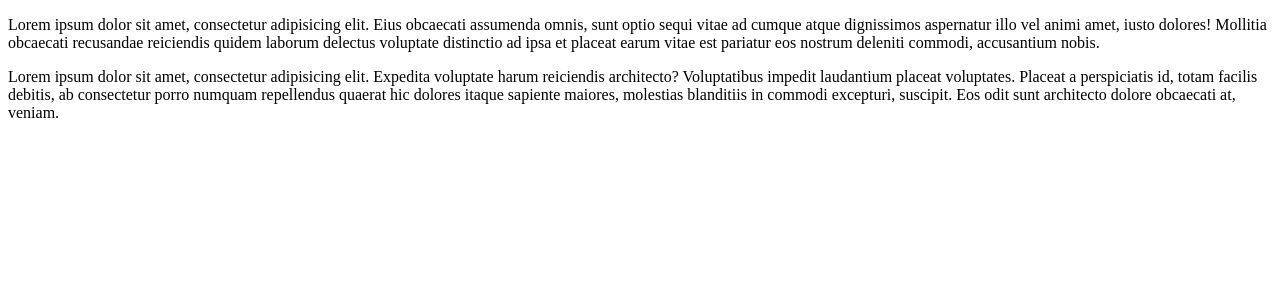
Repository: Matt-F90/mini-project
Page: index.html
The author's editor kept a record of every edit. The page is drawn from the files as they stood at one moment, then again after the next edit.
The browser window is 1280 px wide. The pictures show the whole page.

Above is the page before.

### index.html
<!DOCTYPE html>
<html lang="en">
<head>
    <meta charset="UTF-8">
    <meta name="viewport" content="width=device-width, initial-scale=1.0">
    <meta http-equiv="X-UA-Compatible" content="ie=edge">
    <title>Document</title>
</head>
<body>
    <main class="main">
        <header class="header">
            <div class="log"></div>
        </header>
    </main>
        <section class="section">
          <article class="article column column-60">
              <p class="section-paragraph">
                  Lorem ipsum dolor sit amet, consectetur adipisicing elit. Eius obcaecati assumenda omnis, sunt optio sequi vitae ad cumque atque dignissimos aspernatur illo vel animi amet, iusto dolores! Mollitia obcaecati recusandae reiciendis quidem laborum delectus voluptate distinctio ad ipsa et placeat earum vitae est pariatur eos nostrum deleniti commodi, accusantium nobis.
              </p>
          </article>
          <aside class="aside column colummn-40">
              <p class="section-paragraph">
                  Lorem ipsum dolor sit amet, consectetur adipisicing elit. Expedita voluptate harum reiciendis architecto? Voluptatibus impedit laudantium placeat voluptates. Placeat a perspiciatis id, totam facilis debitis, ab consectetur porro numquam repellendus quaerat hic dolores itaque sapiente maiores, molestias blanditiis in commodi excepturi, suscipit. Eos odit sunt architecto dolore obcaecati at, veniam.
              </p>
          </aside>
        </section>
</body>
</html>

After the next edit:
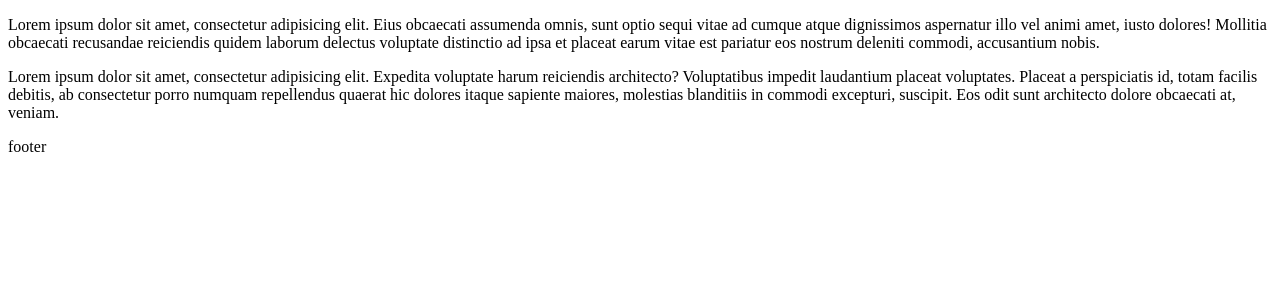
The edit:
--- a/index.html
+++ b/index.html
@@ -24,5 +24,9 @@
               </p>
           </aside>
         </section>
+
+        <footer class="footer">
+            footer
+        </footer>
 </body>
 </html>
